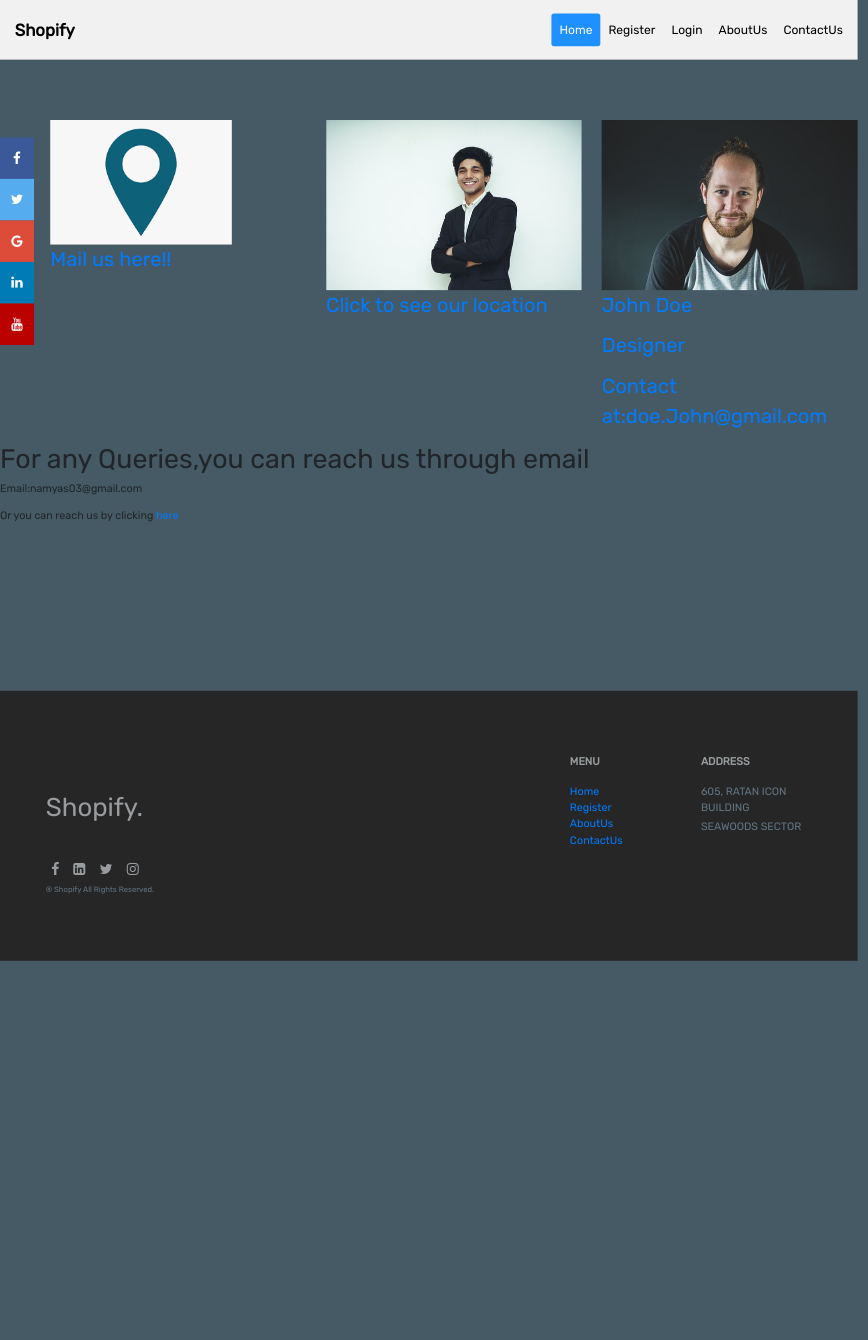
Repository: Yasmeen198/The_Project
Page: http://localhost/Shopify_Frontend/WEB-INF/views/contact.jsp
These files come from the project's save history. The page is drawn as it stood at one moment and after the next save; the edit follows.
The browser window is 1280 px wide. The page is 1295 px wide, so the pictures cover 1295 px, including what lies to the right of the window. The pictures show the whole page, at 67% of full size.
Some web libraries are served in a nearby version. The page is served by Tomcat 9. Nobody is signed in. The template is opened directly, without the code that normally fills it, so the values that code supplies are empty.

Above is the page before, as saved 2021-05-23 11:55:34.

After the next save:
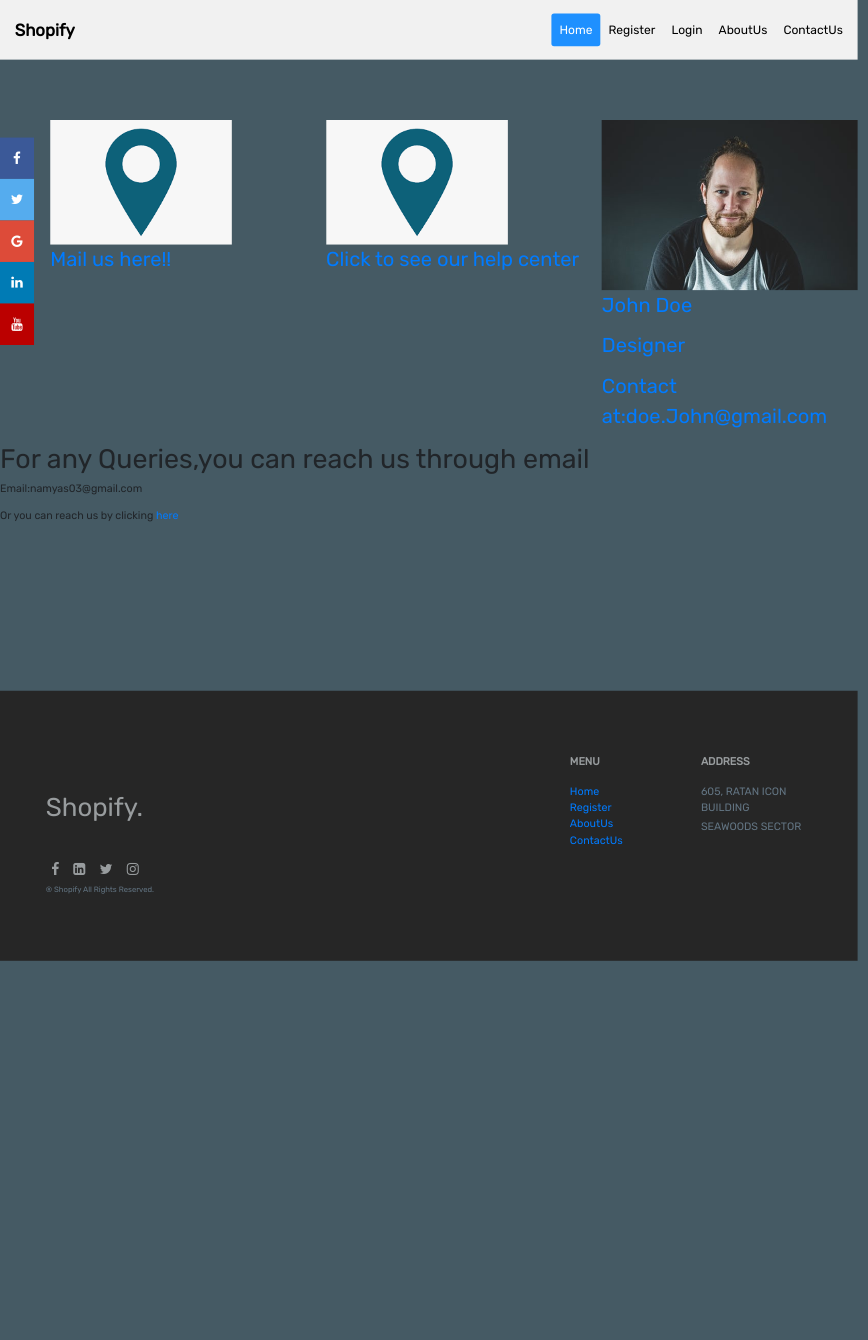
Saved 32 s later.
--- a/Shopify_Frontend/src/main/webapp/WEB-INF/views/contact.jsp
+++ b/Shopify_Frontend/src/main/webapp/WEB-INF/views/contact.jsp
@@ -82,10 +82,9 @@
     </div>
     <div class="col-md-4">
       <div class="thumbnail">
-        <a href="images/ceo2.jpg" target="_blank">
-          <img src="images/ceo2.jpg" alt="Nature" style="width:100%">
+        <a href="mailto:namyas03@gmail.com"><img alt="Mail" src="images/address.jpg"/>
           <div class="caption">
-            <p>Click to see our location</p>
+            <p>Click to see our help center</p>
           </div>
         </a>
       </div>
